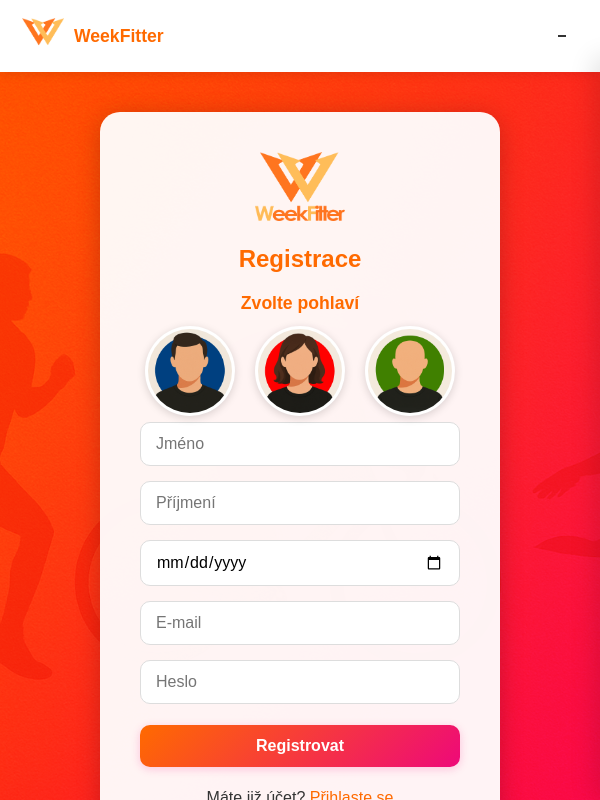
Repository: MatyasMandelicek/weekfitter-frontend
Page: /register
These files come from the project's save history. The page is drawn as it stood at one moment and after the next save; the edit follows.
The browser window is 600 px wide. The pictures show the whole page.
The page's requests for data from a server got no answer. An inner scrolling area shows only its first screen. The project was rebuilt for these pictures with package versions that can differ from the ones it lists, and the page was loaded fresh each time. No one was signed in, and anything a server would have sent is missing. Also part of the build but not shown: src/styles/HomePage.css, src/pages/HomePage.js, src/styles/LoginPage.css, src/pages/LoginPage.js, src/styles/DashboardPage.css, src/pages/DashboardPage.js, src/styles/CalendarPage.css, src/pages/CalendarPage.js and 5 more.

Above is the page before, as saved 2025-11-12 16:03:55.

After the next save:
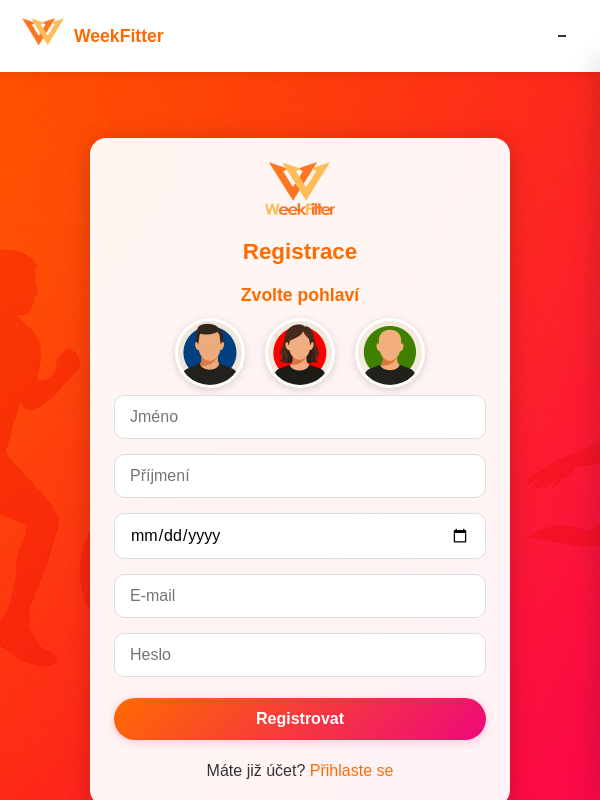
Saved 29 s later.
--- a/src/styles/RegisterPage.css
+++ b/src/styles/RegisterPage.css
@@ -1,4 +1,3 @@
-/* --- Registrová stránka (izolovaná) --- */
 .register-container {
   min-height: 100vh;
   display: flex;
@@ -14,30 +13,30 @@
   padding: 40px;
 }
 
-/* --- Karta registrace --- */
-.register-container .register-card {
+.register-card {
   background-color: rgba(255, 255, 255, 0.95);
   padding: 40px;
   border-radius: 20px;
   box-shadow: 0 4px 25px rgba(0, 0, 0, 0.2);
-  max-width: 400px;
+  max-width: 420px;
   width: 100%;
   text-align: center;
   position: relative;
-  z-index: 2;
+  animation: fadeIn 0.4s ease-in-out;
 }
 
-.register-container .register-logo {
+.register-logo {
   width: 90px;
   margin-bottom: 20px;
 }
 
-.register-container .register-card h2 {
+.register-card h2 {
   color: #ff6a00;
   margin-bottom: 20px;
+  font-weight: 700;
 }
 
-.register-container input {
+.register-card input {
   width: 100%;
   padding: 12px 15px;
   margin-bottom: 15px;
@@ -45,37 +44,39 @@
   border-radius: 10px;
   font-size: 1rem;
   outline: none;
-  transition: border 0.2s ease;
+  transition: border 0.2s ease, box-shadow 0.2s ease;
 }
 
-.register-container input:focus {
+.register-card input:focus {
   border-color: #ff6a00;
-  box-shadow: 0 0 5px rgba(255, 106, 0, 0.3);
+  box-shadow: 0 0 6px rgba(255, 106, 0, 0.3);
 }
 
-.register-container button {
+.register-card button {
   width: 100%;
   padding: 12px;
-  background-color: #ff6a00;
+  background: linear-gradient(135deg, #ff6a00, #ee0979);
   color: #fff;
   border: none;
-  border-radius: 10px;
+  border-radius: 25px;
   font-size: 1rem;
   font-weight: 600;
   cursor: pointer;
-  transition: background-color 0.3s ease;
+  transition: all 0.3s ease;
+  box-shadow: 0 2px 10px rgba(238, 9, 121, 0.2);
 }
 
-.register-container button:hover {
-  background-color: #e65c00;
+.register-card button:hover {
+  transform: scale(1.05);
+  background: linear-gradient(135deg, #ee0979, #ff6a00);
 }
 
-.register-container button:disabled {
+.register-card button:disabled {
   background-color: #ccc;
   cursor: not-allowed;
 }
 
-.register-container .login-link {
+.login-link {
   margin-top: 20px;
   display: inline-block;
   color: #ff6a00;
@@ -84,15 +85,13 @@
   transition: color 0.3s ease;
 }
 
-.register-container .login-link:hover {
+.login-link:hover {
   color: #e65c00;
 }
 
-/* --- Chybová hláška --- */
-.register-container .error-message {
-  color: #ffffff;
-  background-color: #cc0000;
-  border: none;
+.error-message,
+.success-message {
+  color: #fff;
   border-radius: 10px;
   padding: 12px 15px;
   margin-bottom: 15px;
@@ -103,79 +102,65 @@
   animation: fadeIn 0.3s ease-in-out;
 }
 
-/* --- Úspěšná hláška --- */
-.register-container .success-message {
-  color: #ffffff;
-  background-color: #2e7d32;
-  border: none;
-  border-radius: 10px;
-  padding: 12px 15px;
-  margin-bottom: 15px;
-  font-weight: 600;
-  text-align: center;
-  font-size: 1rem;
-  box-shadow: 0 2px 8px rgba(0, 0, 0, 0.15);
-  animation: fadeIn 0.3s ease-in-out;
-}
+.error-message { background-color: #cc0000; }
+.success-message { background-color: #2e7d32; }
 
-/* --- Animace --- */
-@keyframes fadeIn {
-  from {
-    opacity: 0;
-    transform: translateY(-5px);
-  }
-  to {
-    opacity: 1;
-    transform: translateY(0);
-  }
-}
-
-/* --- Volba pohlaví --- */
-.register-container .gender-selection {
+/* === Výběr pohlaví === */
+.gender-selection {
   margin-top: 20px;
   text-align: center;
 }
 
-.register-container .gender-selection h4 {
+.gender-selection h4 {
   margin-bottom: 12px;
   color: #ff6a00;
   font-size: 1.1rem;
   font-weight: 600;
 }
 
-.register-container .gender-options {
+.gender-options {
   display: flex;
   justify-content: center;
   gap: 20px;
+  flex-wrap: wrap;
 }
 
-.register-container .gender-options label {
-  position: relative;
-  cursor: pointer;
-  transition: transform 0.25s ease, box-shadow 0.25s ease;
-}
-
-.register-container .gender-options input[type="radio"] {
+.gender-options input[type="radio"] {
   display: none;
 }
 
-.register-container .gender-options img {
+.gender-options img {
   width: 90px;
   height: 90px;
   border-radius: 50%;
   border: 3px solid transparent;
   object-fit: cover;
   box-shadow: 0 2px 8px rgba(0, 0, 0, 0.15);
+  background: white;
   transition: border 0.3s ease, transform 0.3s ease, box-shadow 0.3s ease;
-  background: white;
 }
 
-.register-container .gender-options input[type="radio"]:checked + img {
+.gender-options input[type="radio"]:checked + img {
   border: 3px solid #ff6a00;
   box-shadow: 0 0 15px rgba(255, 106, 0, 0.5);
   transform: scale(1.05);
 }
 
-.register-container .gender-options label:hover img {
+.gender-options img:hover {
   transform: scale(1.05);
 }
+
+/* === Animace === */
+@keyframes fadeIn {
+  from { opacity: 0; transform: translateY(-5px); }
+  to { opacity: 1; transform: translateY(0); }
+}
+
+/* === Responsivita === */
+@media (max-width: 640px) {
+  .register-container { padding: 24px 14px; }
+  .register-card { padding: 24px; border-radius: 16px; }
+  .register-logo { width: 70px; }
+  .register-card h2 { font-size: 1.4rem; }
+  .gender-options img { width: 70px; height: 70px; }
+}
